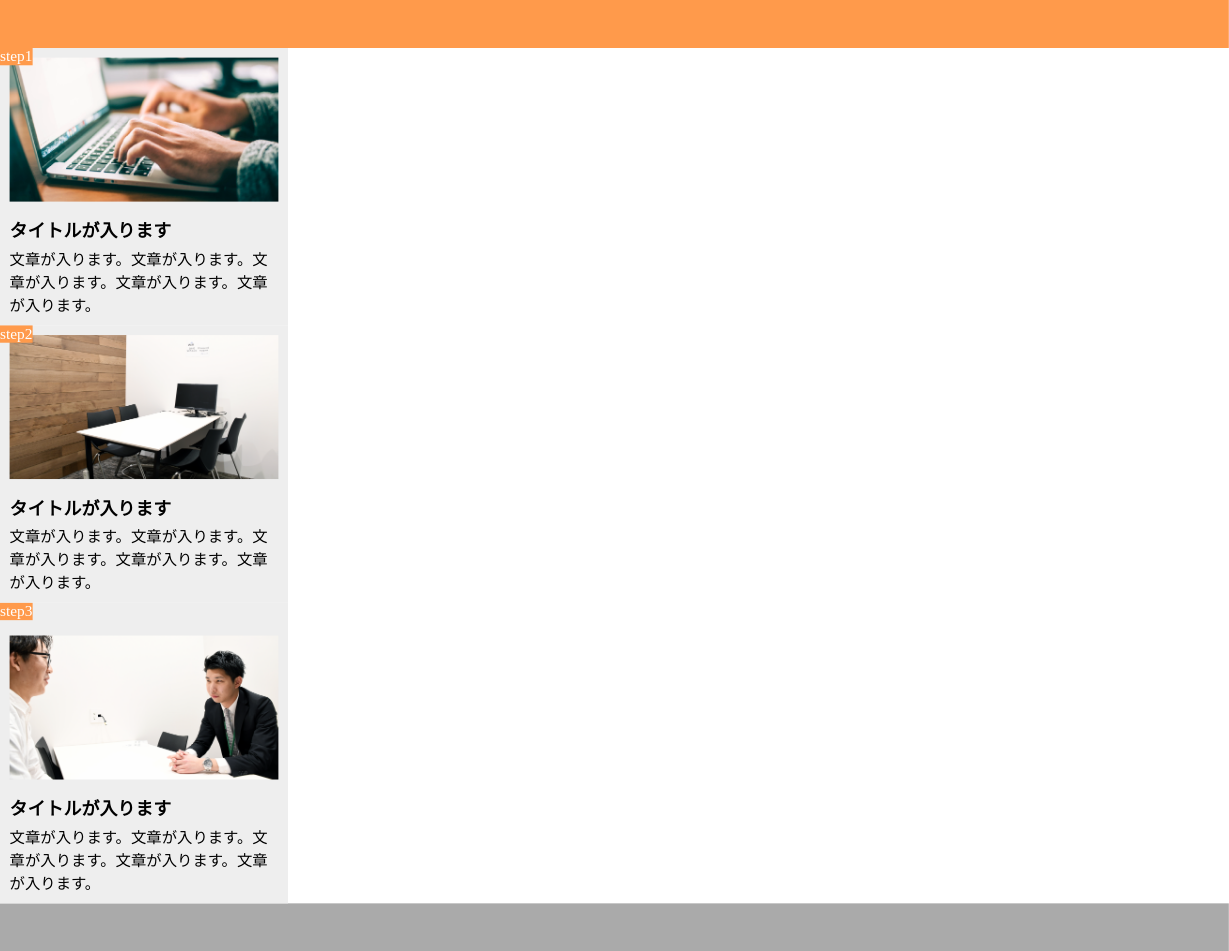
Repository: trmtmy/debug2
Page: chapter9/chapter9.html
The author's editor kept a record of every edit. The page is drawn from the files as they stood at one moment, then again after the next edit.
The browser window is 1280 px wide. The pictures show the whole page, at 96% of full size.
Some web libraries are served in a nearby version.

Above is the page before.

After the next edit:
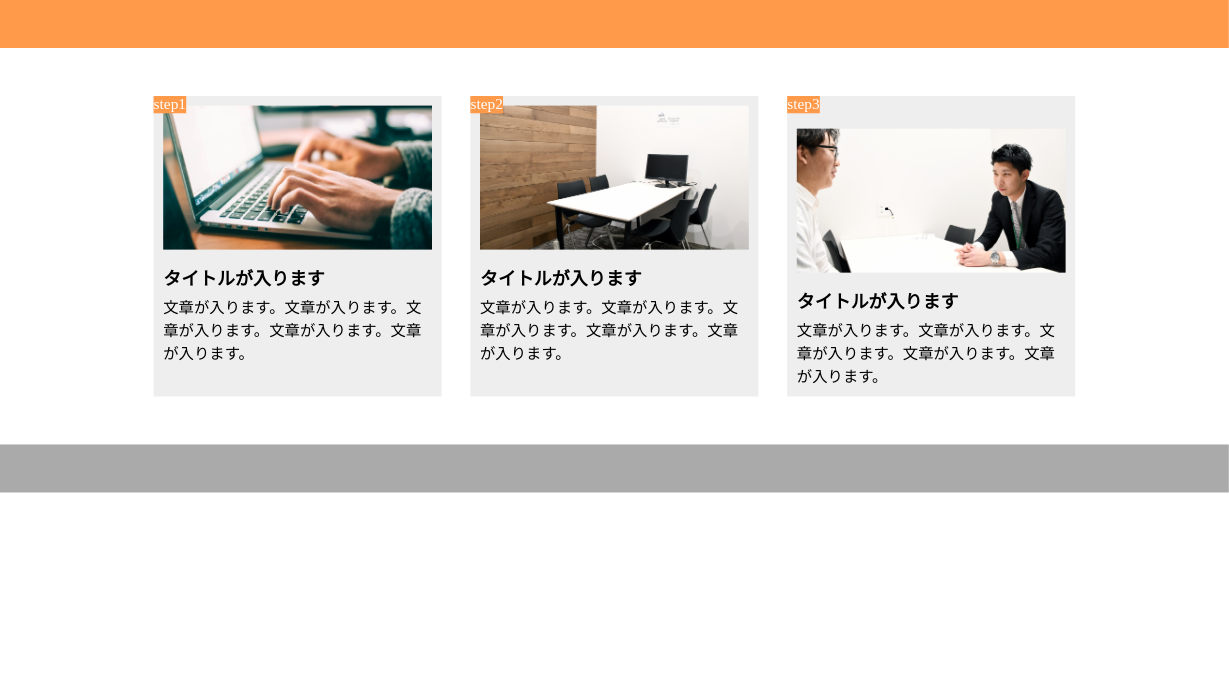
The edit:
--- a/chapter9/chapter9.html
+++ b/chapter9/chapter9.html
@@ -15,7 +15,7 @@
   <div class="header"></div>
 </header>
 
-<div class="main">
+<main>
   <div class="box">
     <div class="img1"></div>
     <span class="step">step1</span>
